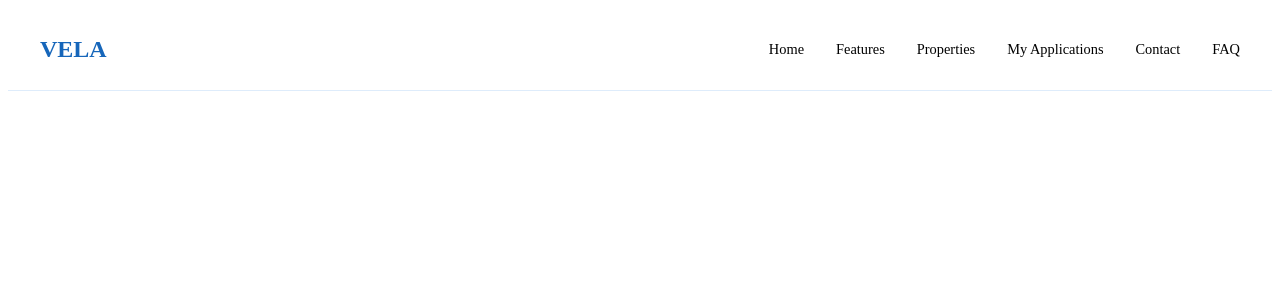
Repository: rizzerk/vela
Page: includes/navbar/navbarOUT.html
These files come from the project's save history. The page is drawn as it stood at one moment and after the next save; the edit follows.
The browser window is 1280 px wide. The pictures show the whole page.

Above is the page before, as saved 2025-07-17 16:21:37.

After the next save:
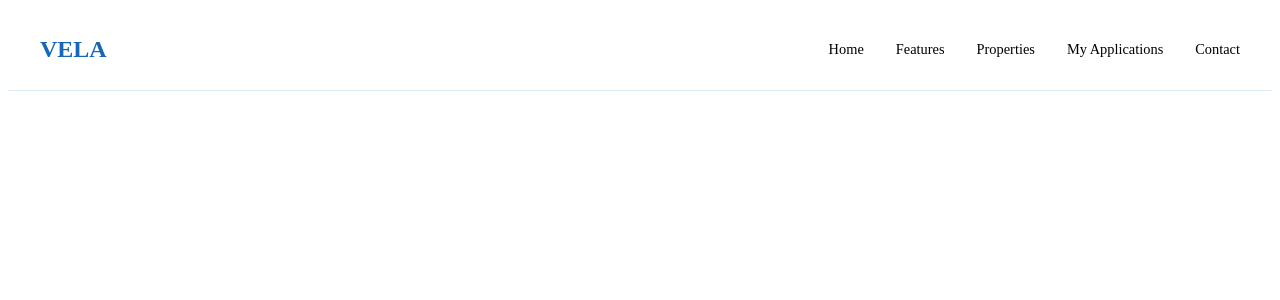
Saved 9 s later.
--- a/includes/navbar/navbarOUT.html
+++ b/includes/navbar/navbarOUT.html
@@ -91,7 +91,6 @@
         <li><a href="#properties" class="nav-link">Properties</a></li>
         <li><a href="my-applications.php">My Applications</a></li>
         <li><a href="#contact" class="nav-link">Contact</a></li>
-        <li><a href="#faqs" class="nav-link">FAQ</a></li>
     </ul>
     <button class="mobile-menu-btn" id="mobile-menu-btn">
         <i class="fas fa-bars"></i>
